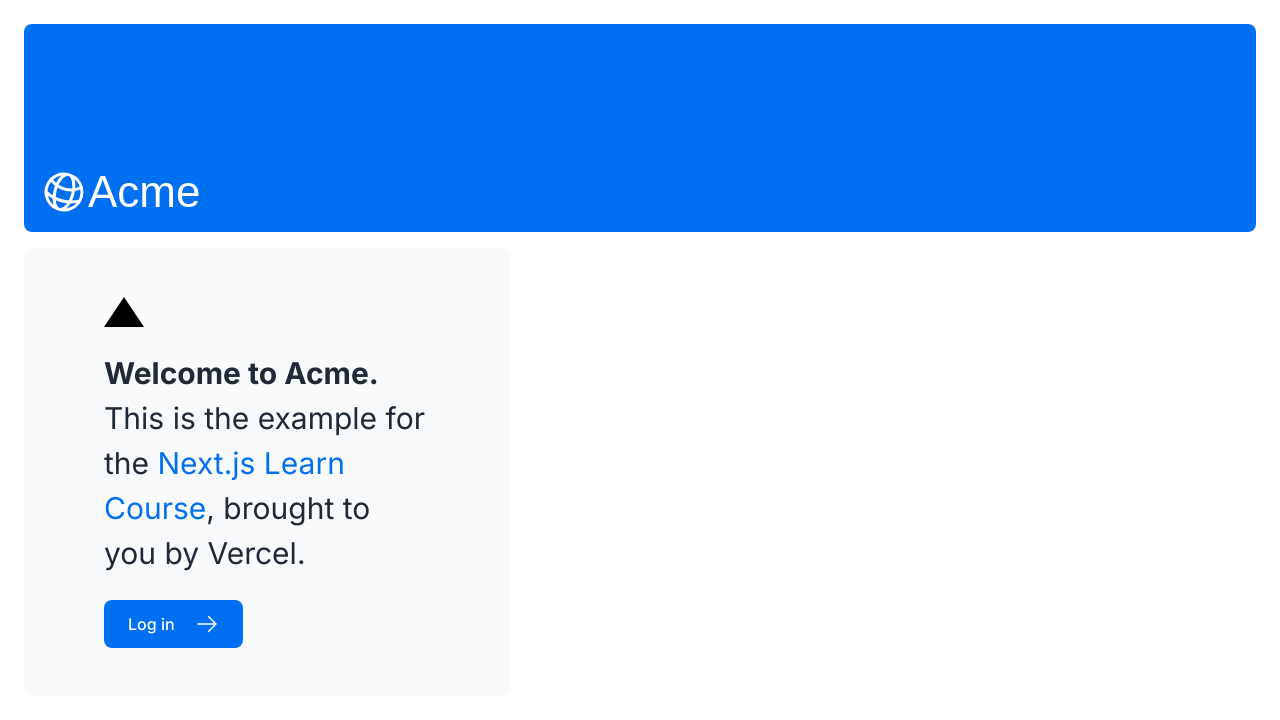
Repository: kennigandira/nextjs-dashboard
Page: /
The author's editor kept a copy of each file at every save. The page is drawn from the files as they stood at one save, then again after the next save.
The browser window is 1280 px wide. The pictures show the whole page.
Some web fonts or font styles are not loaded; a fallback is used. The project was rebuilt for these pictures with package versions that can differ from the ones it lists, and the page was loaded fresh each time. The framework's server and built-in components were replaced by stand-ins that run in the browser. Also part of the build but not shown: next.config.js.

Above is the page before, as saved 2024-04-07 15:35:56.

After the next save:
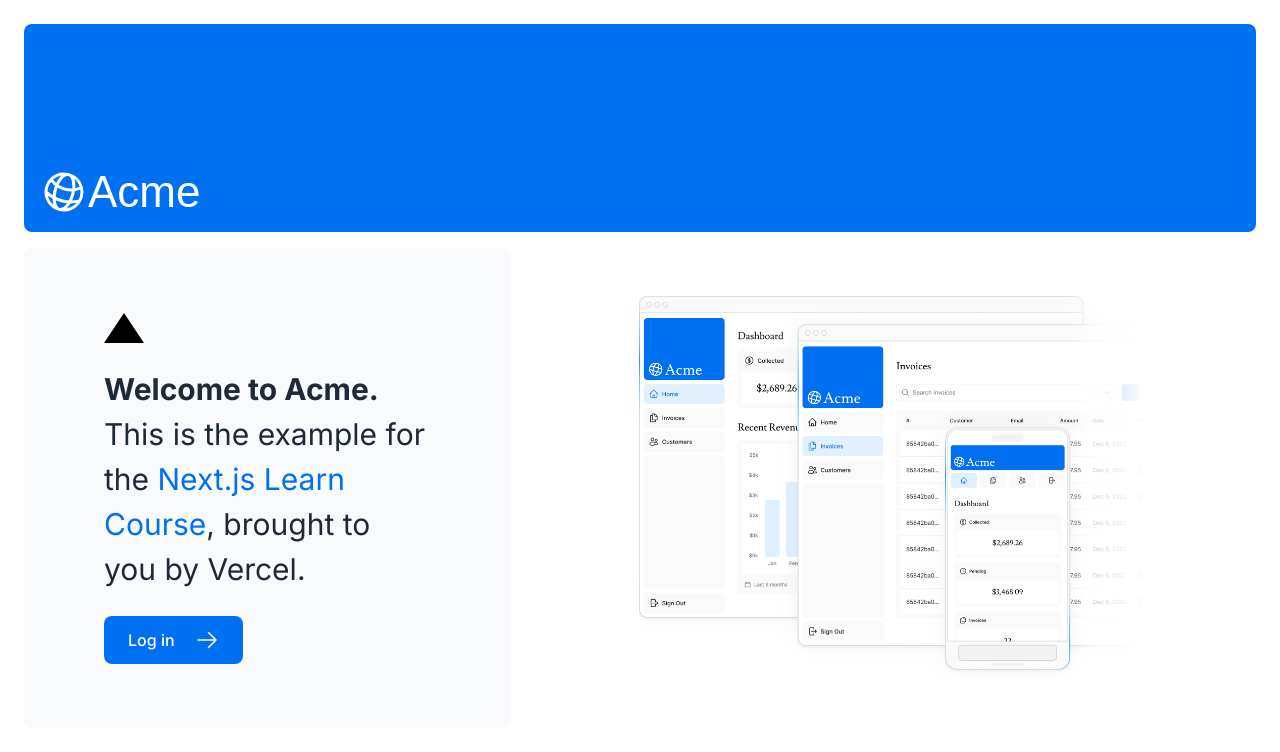
Saved 2 min 3 s later.
--- a/app/page.tsx
+++ b/app/page.tsx
@@ -2,6 +2,7 @@
 import { ArrowRightIcon } from '@heroicons/react/24/outline';
 import Link from 'next/link';
 import styles from '@/app/ui/home.module.css';
+import Image from 'next/image';
 
 export default function Page() {
   return (
@@ -27,7 +28,13 @@
           </Link>
         </div>
         <div className="flex items-center justify-center p-6 md:w-3/5 md:px-28 md:py-12">
-          {/* Add Hero Images Here */}
+          <Image
+            src="/hero-desktop.png"
+            width={1000}
+            height={760}
+            className="hidden md:block"
+            alt="Screenshots of the dashboard project showing desktop version"
+          />
         </div>
       </div>
     </main>
